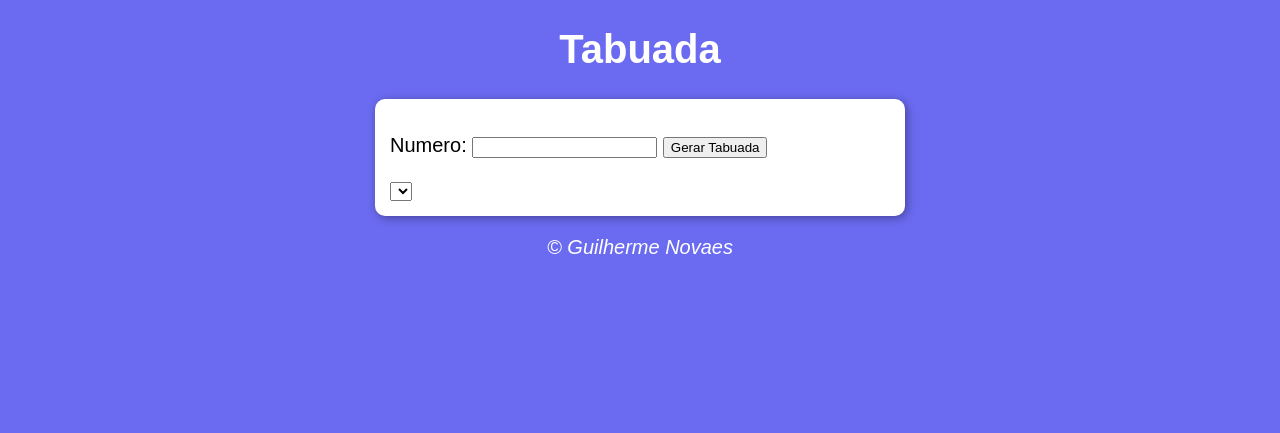
Repository: Guilherme-RNovaes/JavaScript-Curso
Page: Aula 14ex/ex017/index.html
An editor plug-in stored every save of this project. The page is shown before and after a run of saves, followed by the edit.
The browser window is 1280 px wide. The pictures show the whole page.

Above is the page before, as saved 2022-09-10 09:39:32.

After the next 2 saves:
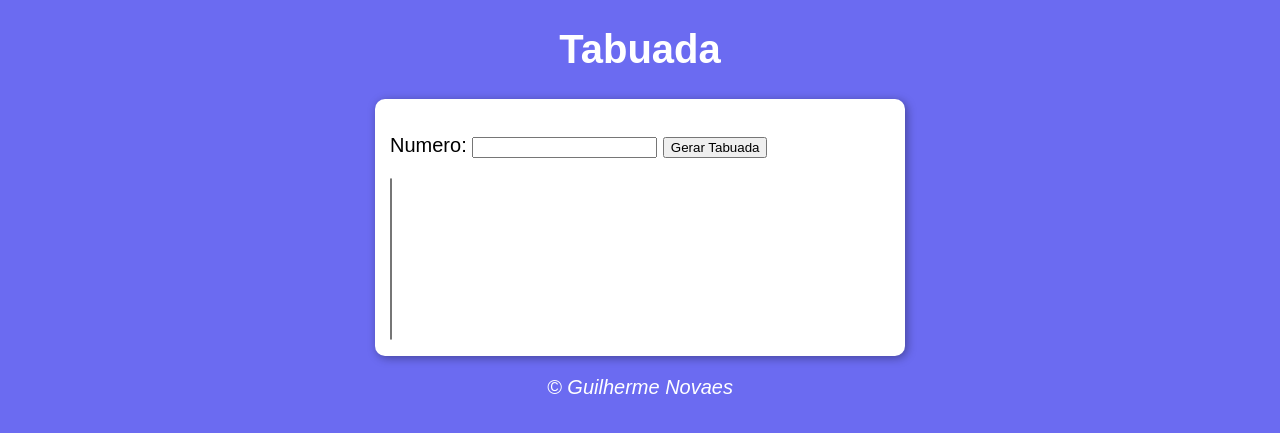
The 2 saves are shown as one change because they came seconds apart.
The last was saved 8 s later.
--- a/Aula 14ex/ex017/index.html
+++ b/Aula 14ex/ex017/index.html
@@ -19,7 +19,7 @@
             </p>
         </div>
         <div>
-            <select name="tabuada" id="seltab">
+            <select name="tabuada" id="seltab" size="10">
 
             </select>
         </div>
